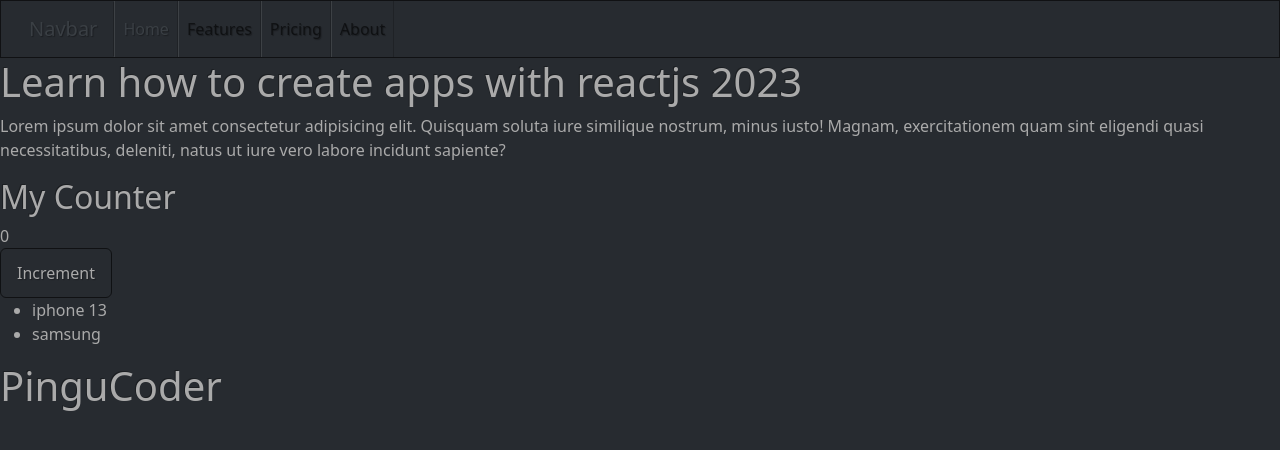
Repository: chanwarichawki/React-BC
Page: /
These files come from the project's save history. The page is drawn as it stood at one moment and after a run of saves; the edit follows.
The browser window is 1280 px wide. The pictures show the whole page.
Some web libraries are served in a nearby version. The project was rebuilt for these pictures with package versions that can differ from the ones it lists, and the page was loaded fresh each time. Also part of the build but not shown: vite.config.js.

Above is the page before, as saved 2024-01-15 16:58:00.

### src/App.jsx
// import Article from "./components/Article";
// import Header from "./components/Header";
import NavBar from "./components/NavBar";
import Products from "./components/Products";

function App() {
  return (
    <>
    <NavBar />
    <Products />
    <h1>PinguCoder</h1>
    </>
  )
}

export default App

### src/index.css
@import "/node_modules/bootswatch/dist/slate/bootstrap.min.css"

### src/components/NavBar.jsx

function NavBar() {
  return (
    <nav className="navbar navbar-expand-lg bg-dark" data-bs-theme="dark">
  <div className="container-fluid">
    <a className="navbar-brand" href="dd">Navbar</a>
    <button className="navbar-toggler" type="button" data-bs-toggle="collapse" data-bs-target="#navbarColor02" aria-controls="navbarColor02" aria-expanded="false" aria-label="Toggle navigation">
      <span className="navbar-toggler-icon"></span>
    </button>
    <div className="collapse navbar-collapse" id="navbarColor02">
      <ul className="navbar-nav me-auto">
        <li className="nav-item">
          <a className="nav-link active" href="dd">Home
            <span className="visually-hidden">(current)</span>
          </a>
        </li>
        <li className="nav-item">
          <a className="nav-link" href="dd">Features</a>
        </li>
        <li className="nav-item">
          <a className="nav-link" href="dd">Pricing</a>
        </li>
        <li className="nav-item">
          <a className="nav-link" href="dd">About</a>
        </li>
      </ul>
    </div>
  </div>
</nav>
  )
}

export default NavBar

### src/components/Products.jsx
import Counter from "./Counter";

function Products() {

  let title = "Learn how to create apps with reactjs 2023"
  let showList = true;
  let products = [
    {
      id: 1,
      label: "iphone 13",
      price: 2900
    },
    {
      id: 2,
      label: "samsung",
      price: 1200
    }
  ]
  return (
    <div>
      <h1>{title}</h1>
      <p>Lorem ipsum dolor sit amet consectetur adipisicing elit. Quisquam soluta iure similique nostrum, minus iusto! Magnam, exercitationem quam sint eligendi quasi necessitatibus, deleniti, natus ut iure vero labore incidunt sapiente?</p>

      <Counter />

      {/* {showList ? "show list of product" : "none"} */}

      {showList ? (

        <ul>
        {products.map((product, index) => (
          <li key={index}>{product.label}</li>
        ))}
        </ul>
      )
      : ("none")
      }

    </div>
  )
}

export default Products

### src/components/Counter.jsx
import { useState } from "react";

function Counter() {

  let [count, setCount]=useState(0)

  const increment = () => {

    setCount((prev) => {
    console.log(prev)
    return setCount(count + 1);
    });
    console.log("salam", count)
  }

  return (
    <>
    <h2>My Counter</h2>
    <div>{count}</div>
    <button onClick={increment} className="btn btn -success">Increment</button>
    </>
  )
}

export default Counter

Loaded but not shown: index.html (common file); src/main.jsx (common file)

After the next 2 saves:
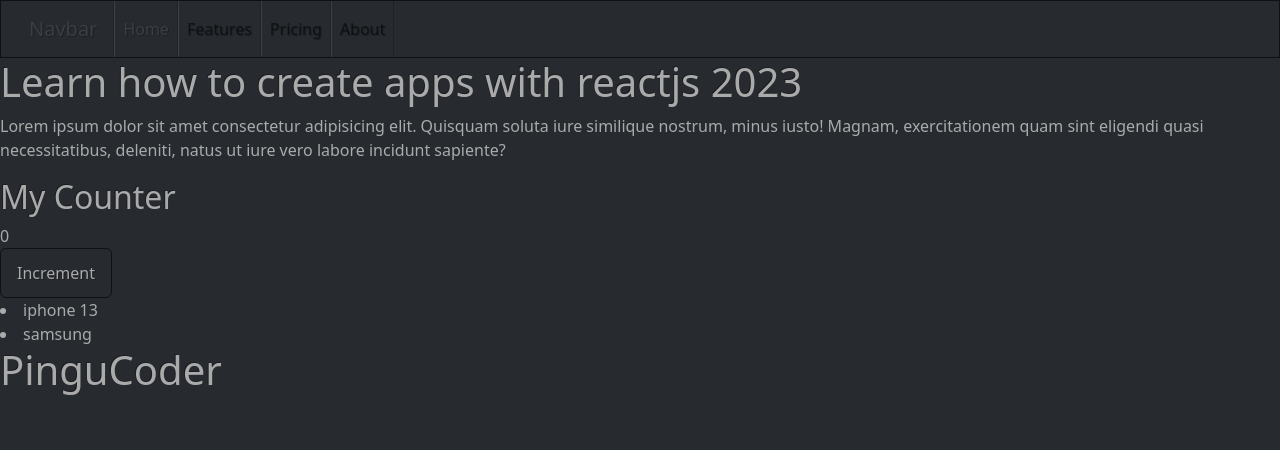
The 2 saves are shown as one change because they came seconds apart.
The last was saved 3 min 22 s later.
--- a/src/components/Products.jsx
+++ b/src/components/Products.jsx
@@ -27,11 +27,11 @@ function Products() {
 
       {showList ? (
 
-        <ul>
+        <div>
         {products.map((product, index) => (
           <li key={index}>{product.label}</li>
         ))}
-        </ul>
+        </div>
       )
       : ("none")
       }
